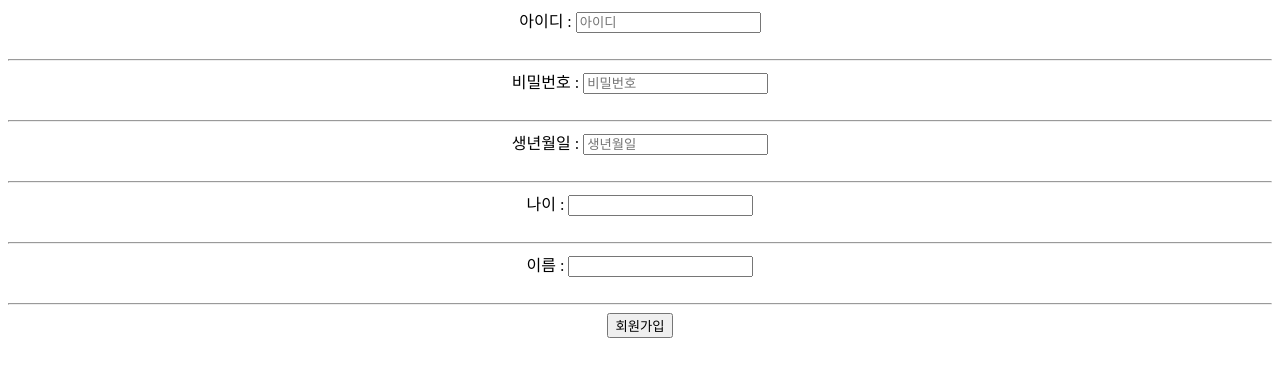
Repository: bbqju13/jsp0602
Page: http://localhost/project4/user/join.jsp
These files come from the project's save history. The page is drawn as it stood at one moment and after the next save; the edit follows.
The browser window is 1280 px wide. The pictures show the whole page.
The page is served by Tomcat 9.

Above is the page before, as saved 2023-06-01 05:26:56.

After the next save:
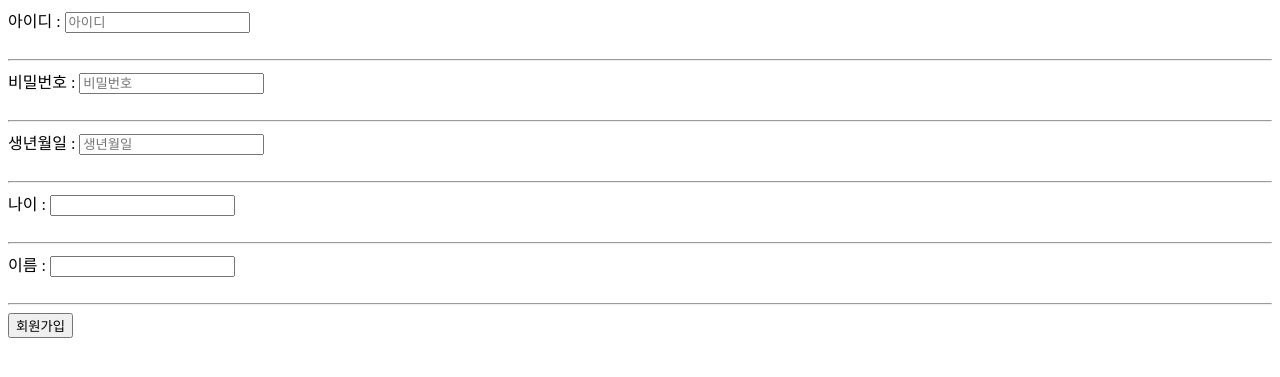
Saved 3 min 29 s later.
--- a/jsp_project4/project4/src/main/webapp/user/join.jsp
+++ b/jsp_project4/project4/src/main/webapp/user/join.jsp
@@ -4,11 +4,7 @@
 <html>
 <head>
 <meta charset="UTF-8">
-<style type="text/css">
-body {
-	text-align: center;
-}
-</style>
+<link rel="stylesheet" href="/resource/user/join.css">
 <title>회원가입</title>
 </head>
 <body>
